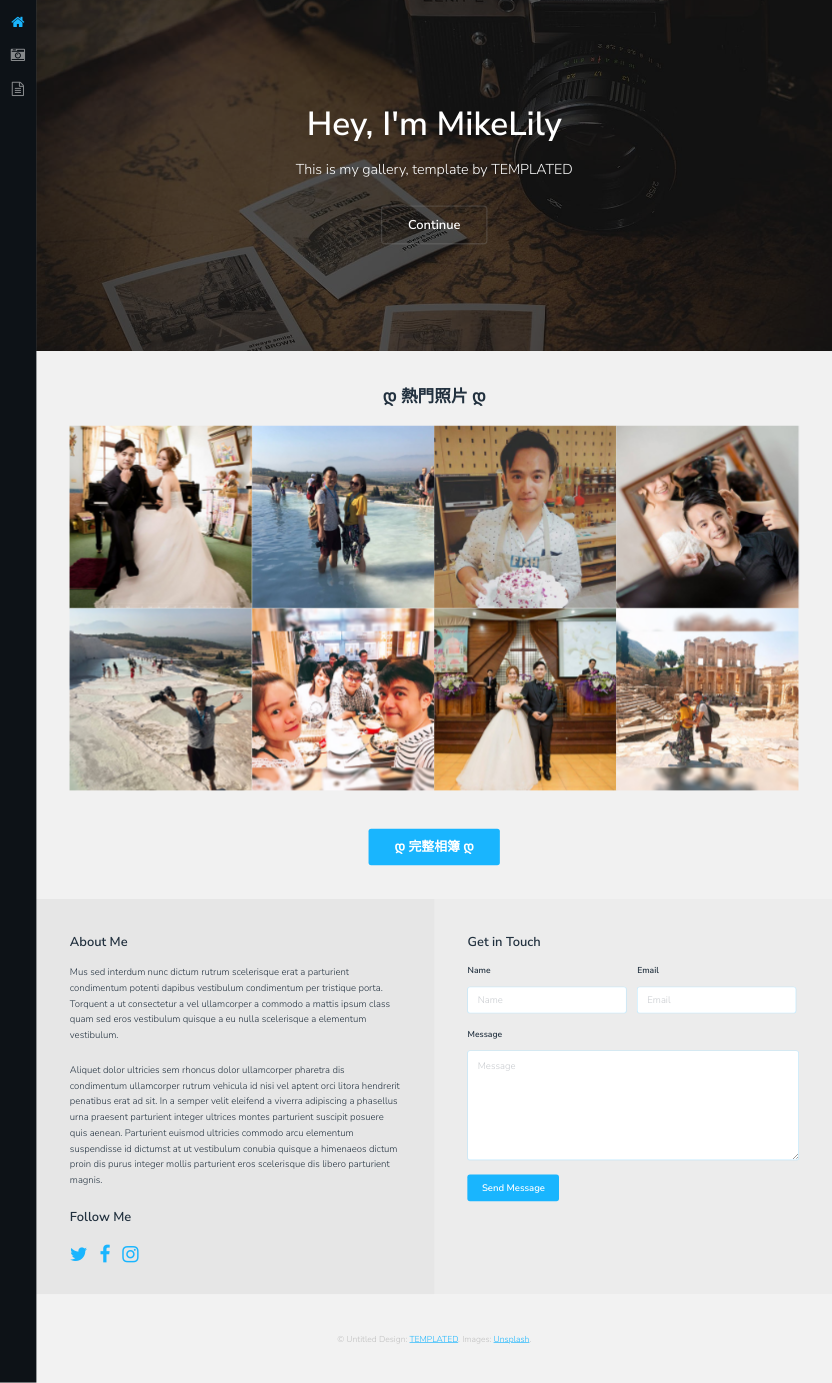
Repository: mikelily/lab
Page: Template HW/index.html
The author's editor kept a record of every edit. The page is drawn from the files as they stood at one moment, then again after the next edit.
The browser window is 1280 px wide. The pictures show the whole page, at 65% of full size.
Backgrounds fixed to the window are drawn as part of the page.

Above is the page before.

### Template HW/index.html
<!DOCTYPE HTML>
<!--
	Snapshot by TEMPLATED
	templated.co @templatedco
	Released for free under the Creative Commons Attribution 3.0 license (templated.co/license)
-->
<html>
	<head>
		<title>Snapshot by TEMPLATED</title>
		<meta charset="utf-8" />
		<meta name="viewport" content="width=device-width, initial-scale=1" />
		<link rel="stylesheet" href="assets/css/main.css" />
	</head>
	<body>
		<div class="page-wrap">

			<!-- Nav -->
				<nav id="nav">
					<ul>
						<li><a href="index.html" class="active"><span class="icon fa-home"></span></a></li>
						<li><a href="gallery.html"><span class="icon fa-camera-retro"></span></a></li>
						<li><a href="generic.html"><span class="icon fa-file-text-o"></span></a></li>
					</ul>
				</nav>

			<!-- Main -->
				<section id="main">

					<!-- Banner -->
						<section id="banner">
							<div class="inner">
								<h1>Hey, I'm MikeLily</h1>
								<p>This is my gallery, template by <a href="https://templated.co">TEMPLATED</a></p>
								<ul class="actions">
									<li><a href="#galleries" class="button alt scrolly big">Continue</a></li>
								</ul>
							</div>
						</section>

					<!-- Gallery -->
						<section id="galleries">

							<!-- Photo Galleries -->
								<div class="gallery">
									<header class="special">
										<h2>დ 熱門照片 დ</h2>
									</header>
									<div class="content">
										<div class="media">
											<a href="images/fulls/01.jpg"><img src="images/thumbs/01.jpg" alt="" title="This right here is a caption." /></a>
										</div>
										<div class="media">
											<a href="images/fulls/05.jpg"><img src="images/thumbs/05.jpg" alt="" title="This right here is a caption." /></a>
										</div>
										<div class="media">
											<a href="images/fulls/09.jpg"><img src="images/thumbs/09.jpg" alt="" title="This right here is a caption." /></a>
										</div>
										<div class="media">
											<a href="images/fulls/02.jpg"><img src="images/thumbs/02.jpg" alt="" title="This right here is a caption." /></a>
										</div>
										<div class="media">
											<a href="images/fulls/06.jpg"><img src="images/thumbs/06.jpg" alt="" title="This right here is a caption." /></a>
										</div>
										<div class="media">
											<a href="images/fulls/10.jpg"><img src="images/thumbs/10.jpg" alt="" title="This right here is a caption." /></a>
										</div>
										<div class="media">
											<a href="images/fulls/03.jpg"><img src="images/thumbs/03.jpg" alt="" title="This right here is a caption." /></a>
										</div>
										<div class="media">
											<a href="images/fulls/07.jpg"><img src="images/thumbs/07.jpg" alt="" title="This right here is a caption." /></a>
										</div>
									</div>
									<footer>
										<a href="gallery.html" class="button big">დ 完整相簿 დ</a>
									</footer>
								</div>
						</section>

					<!-- Contact -->
						<section id="contact">
							<!-- Social -->
								<div class="social column">
									<h3>About Me</h3>
									<p>Mus sed interdum nunc dictum rutrum scelerisque erat a parturient condimentum potenti dapibus vestibulum condimentum per tristique porta. Torquent a ut consectetur a vel ullamcorper a commodo a mattis ipsum class quam sed eros vestibulum quisque a eu nulla scelerisque a elementum vestibulum.</p>
									<p>Aliquet dolor ultricies sem rhoncus dolor ullamcorper pharetra dis condimentum ullamcorper rutrum vehicula id nisi vel aptent orci litora hendrerit penatibus erat ad sit. In a semper velit eleifend a viverra adipiscing a phasellus urna praesent parturient integer ultrices montes parturient suscipit posuere quis aenean. Parturient euismod ultricies commodo arcu elementum suspendisse id dictumst at ut vestibulum conubia quisque a himenaeos dictum proin dis purus integer mollis parturient eros scelerisque dis libero parturient magnis.</p>
									<h3>Follow Me</h3>
									<ul class="icons">
										<li><a href="#" class="icon fa-twitter"><span class="label">Twitter</span></a></li>
										<li><a href="#" class="icon fa-facebook"><span class="label">Facebook</span></a></li>
										<li><a href="#" class="icon fa-instagram"><span class="label">Instagram</span></a></li>
									</ul>
								</div>

							<!-- Form -->
								<div class="column">
									<h3>Get in Touch</h3>
									<form action="#" method="post">
										<div class="field half first">
											<label for="name">Name</label>
											<input name="name" id="name" type="text" placeholder="Name">
										</div>
										<div class="field half">
											<label for="email">Email</label>
											<input name="email" id="email" type="email" placeholder="Email">
										</div>
										<div class="field">
											<label for="message">Message</label>
											<textarea name="message" id="message" rows="6" placeholder="Message"></textarea>
										</div>
										<ul class="actions">
											<li><input value="Send Message" class="button" type="submit"></li>
										</ul>
									</form>
								</div>

						</section>

					<!-- Footer -->
						<footer id="footer">
							<div class="copyright">
								&copy; Untitled Design: <a href="https://templated.co/">TEMPLATED</a>. Images: <a href="https://unsplash.com/">Unsplash</a>.
							</div>
						</footer>
				</section>
		</div>

		<!-- Scripts -->
			<script src="assets/js/jquery.min.js"></script>
			<script src="assets/js/jquery.poptrox.min.js"></script>
			<script src="assets/js/jquery.scrolly.min.js"></script>
			<script src="assets/js/skel.min.js"></script>
			<script src="assets/js/util.js"></script>
			<script src="assets/js/main.js"></script>

	</body>
</html>

Loaded but not shown: Template HW/assets/js/jquery.min.js (library); Template HW/assets/js/jquery.poptrox.min.js (library); Template HW/assets/js/jquery.scrolly.min.js (common file); Template HW/assets/js/skel.min.js (library); Template HW/assets/css/font-awesome.min.css (library); Template HW/assets/js/util.js (587 lines, source omitted); Template HW/assets/js/main.js (104 lines, source omitted); Template HW/assets/css/main.css (1614 lines, source omitted)

After the next edit:
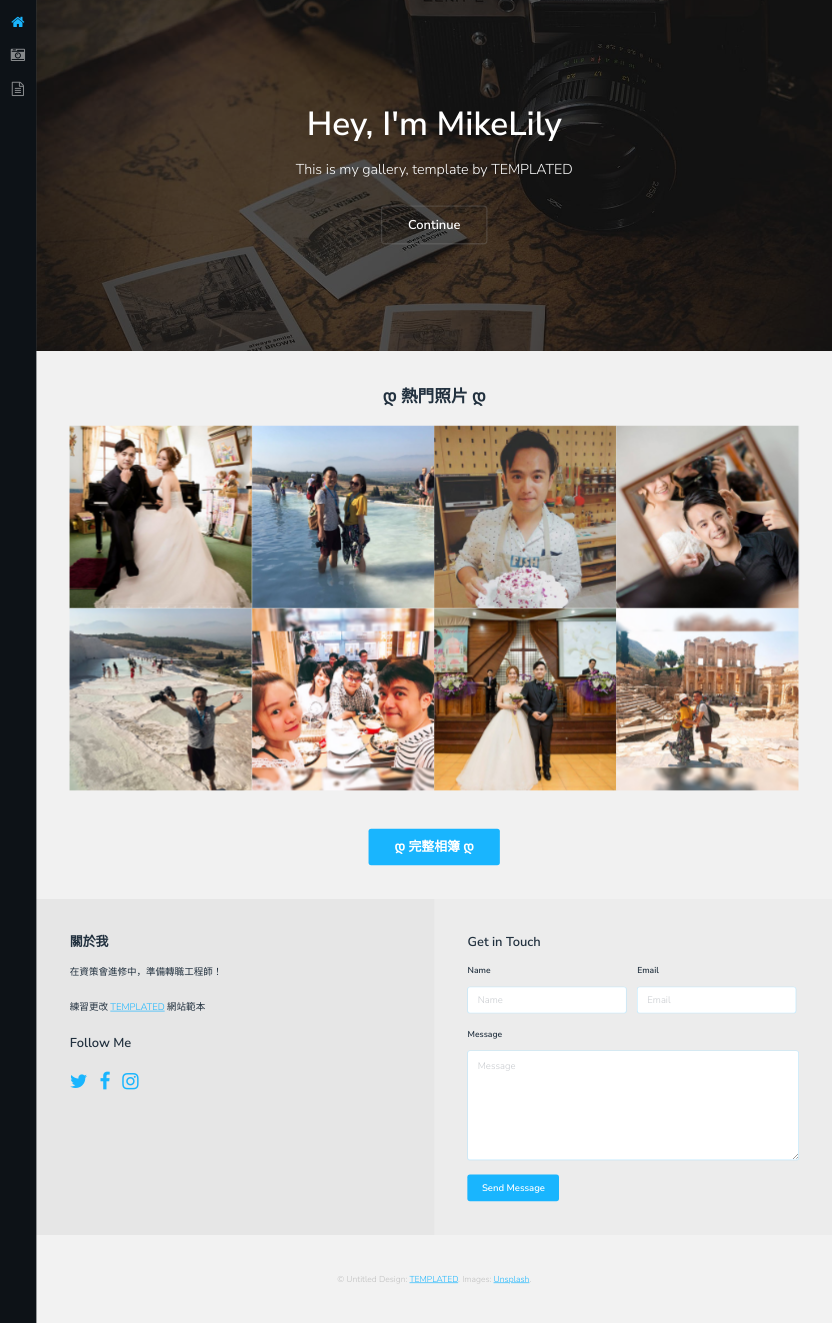
The edit:
--- a/Template HW/index.html
+++ b/Template HW/index.html
@@ -81,9 +81,9 @@
 						<section id="contact">
 							<!-- Social -->
 								<div class="social column">
-									<h3>About Me</h3>
-									<p>Mus sed interdum nunc dictum rutrum scelerisque erat a parturient condimentum potenti dapibus vestibulum condimentum per tristique porta. Torquent a ut consectetur a vel ullamcorper a commodo a mattis ipsum class quam sed eros vestibulum quisque a eu nulla scelerisque a elementum vestibulum.</p>
-									<p>Aliquet dolor ultricies sem rhoncus dolor ullamcorper pharetra dis condimentum ullamcorper rutrum vehicula id nisi vel aptent orci litora hendrerit penatibus erat ad sit. In a semper velit eleifend a viverra adipiscing a phasellus urna praesent parturient integer ultrices montes parturient suscipit posuere quis aenean. Parturient euismod ultricies commodo arcu elementum suspendisse id dictumst at ut vestibulum conubia quisque a himenaeos dictum proin dis purus integer mollis parturient eros scelerisque dis libero parturient magnis.</p>
+									<h3>關於我</h3>
+									<p>在資策會進修中，準備轉職工程師！</p>
+									<p>練習更改 <a href="https://templated.co">TEMPLATED</a> 網站範本</p>
 									<h3>Follow Me</h3>
 									<ul class="icons">
 										<li><a href="#" class="icon fa-twitter"><span class="label">Twitter</span></a></li>
